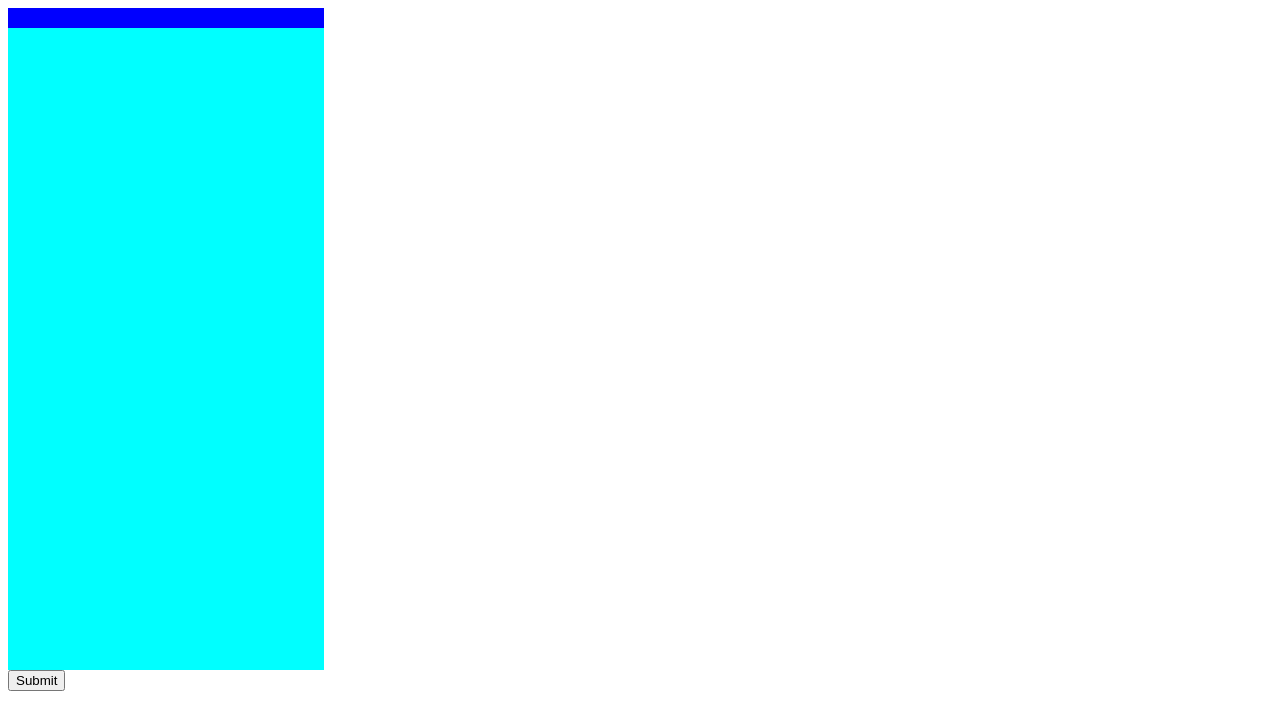
Repository: tr2cky/barrage
Page: index.html
These files come from the project's save history. The page is drawn as it stood at one moment and after a run of saves; the edit follows.
The browser window is 1280 px wide. The pictures show the whole page.

Above is the page before, as saved 2022-10-03 13:36:20.

After the next 3 saves:
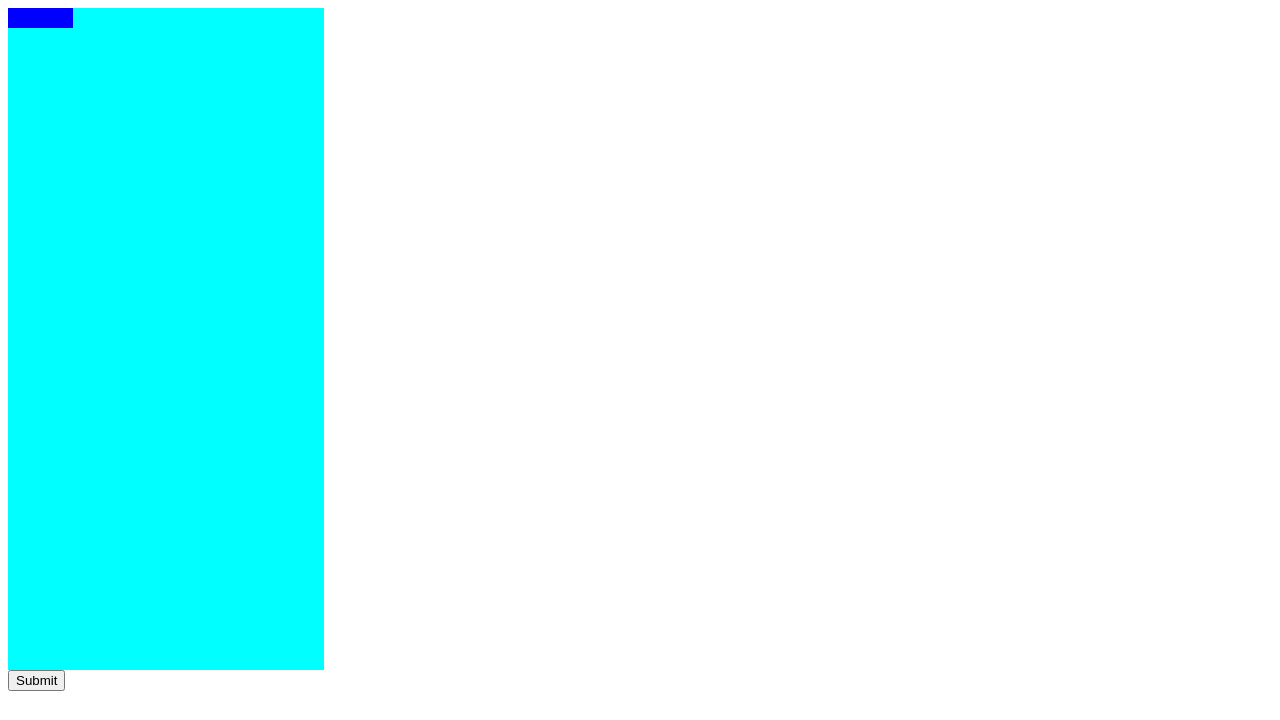
The 3 saves are shown as one change because they came seconds apart.
The last was saved 6 s later.
--- a/style.css
+++ b/style.css
@@ -9,5 +9,5 @@
 .box1 {
     background-color: blue;
     padding: 10px 20px;
-    max-width: ;
+    max-width: 25px;
 }

After the save that followed:
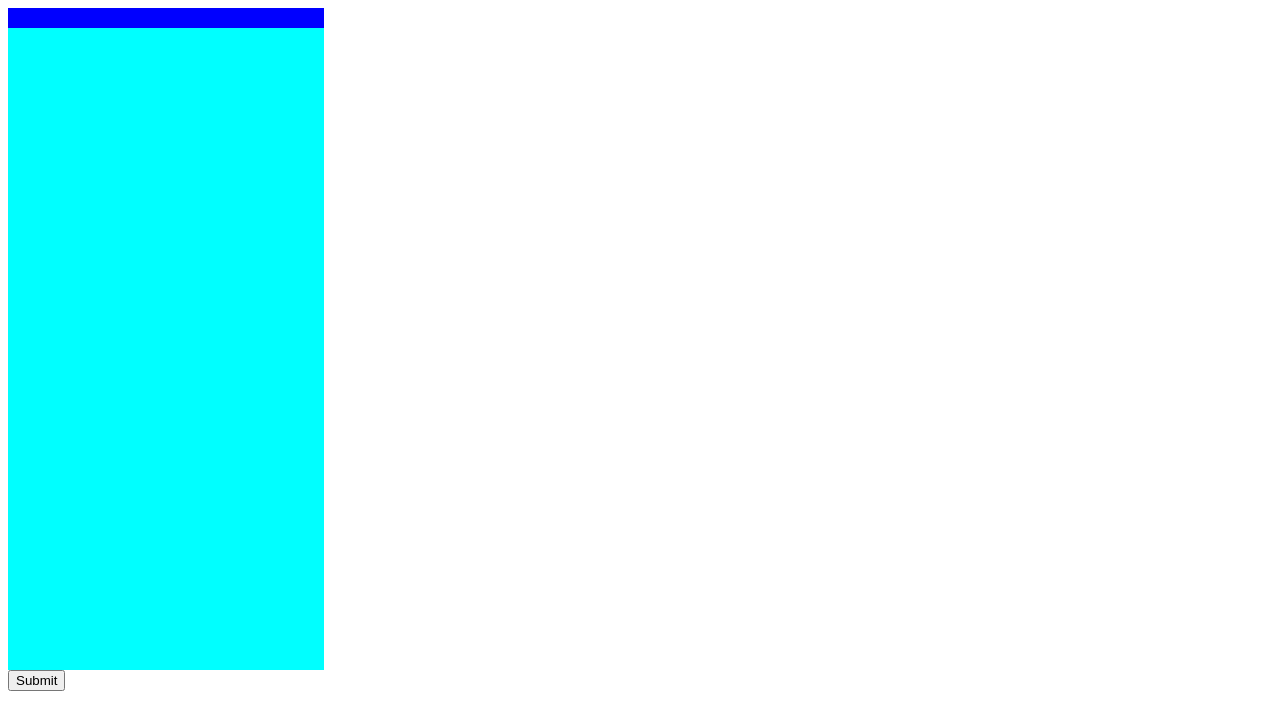
Saved 5 s later.
--- a/style.css
+++ b/style.css
@@ -9,5 +9,5 @@
 .box1 {
     background-color: blue;
     padding: 10px 20px;
-    max-width: 25px;
+
 }
